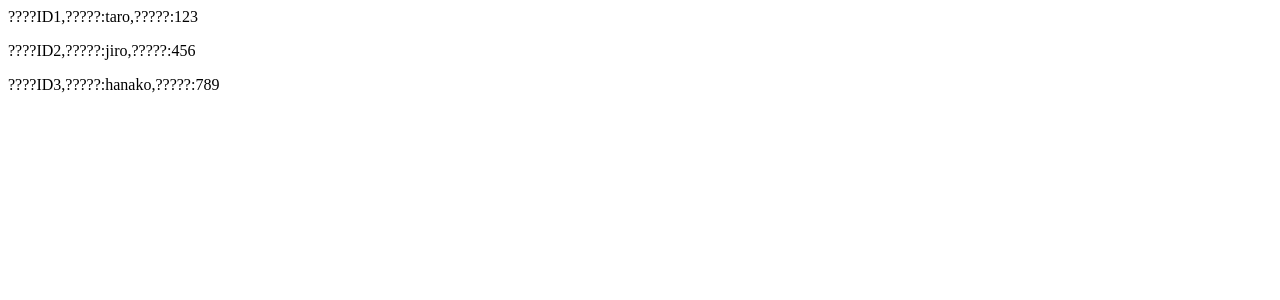
Repository: hirose0320/test
Page: http://localhost/HelloServlet/MySQLServlet
The author's editor kept a copy of each file at every save. The page is drawn from the files as they stood at one save, then again after the next save.
The browser window is 1280 px wide. The pictures show the whole page.
The page is served by Tomcat 9. The database holds what the project's SQL file puts in it.

Above is the page before, as saved 2019-02-19 04:49:40.

After the next save:
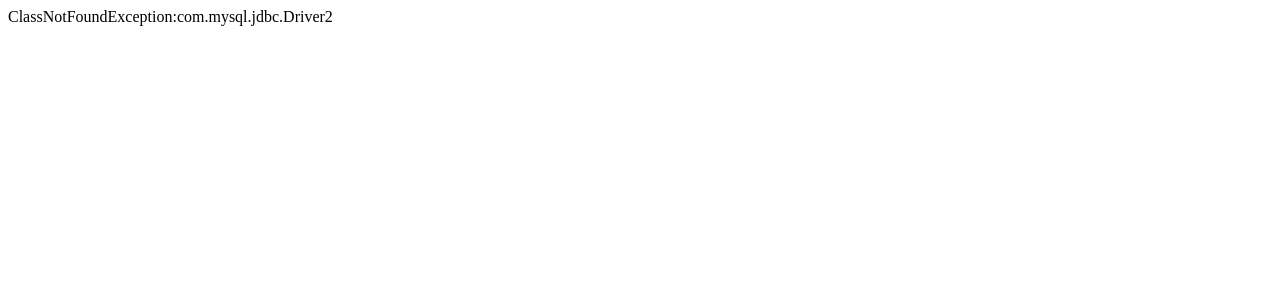
Saved 15 s later.
--- a/HelloServlet/src/MySQLServlet.java
+++ b/HelloServlet/src/MySQLServlet.java
@@ -43,7 +43,7 @@ public class MySQLServlet extends HttpServlet {
 		String password="mysql";
 
 		try{
-			Class.forName("com.mysql.jdbc.Driver").newInstance();
+			Class.forName("com.mysql.jdbc.Driver2").newInstance();
 			conn = DriverManager.getConnection(url,user,password);
 
 			Statement stmt = conn.createStatement();
